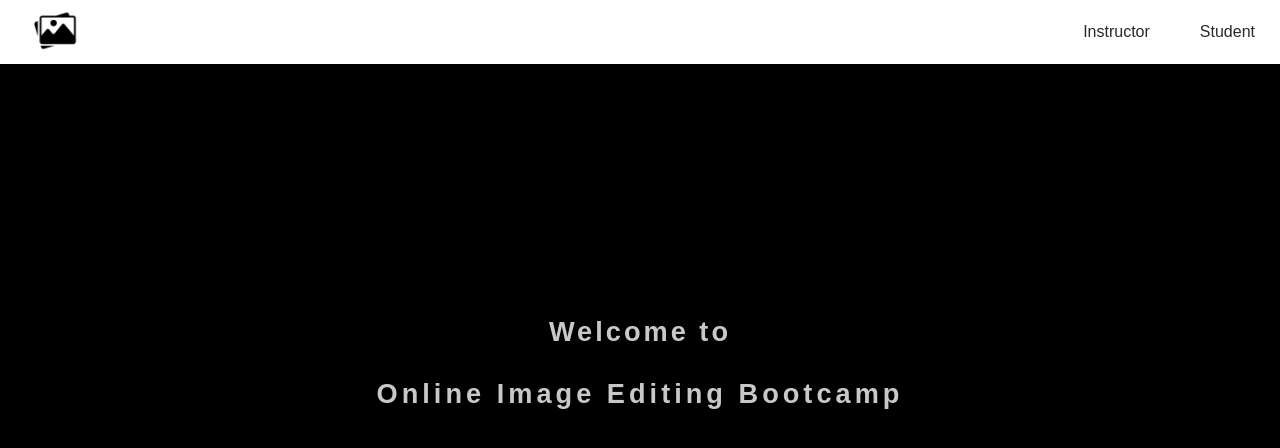
Repository: TanviSanyal/ImageEditingBootcamp
Page: /
An editor plug-in stored every save of this project. The page is shown before and after the next save, followed by the edit.
The browser window is 1280 px wide. The pictures show the whole page.
The project was rebuilt for these pictures with package versions that can differ from the ones it lists, and the page was loaded fresh each time. Also part of the build but not shown: src/shared/components/navigation/SideDrawer.css, src/shared/components/navigation/SideDrawer.js, src/shared/components/UIElements/Backdrop.css, src/shared/components/UIElements/Backdrop.js.

Above is the page before, as saved 2020-09-27 01:04:54.

After the next save:
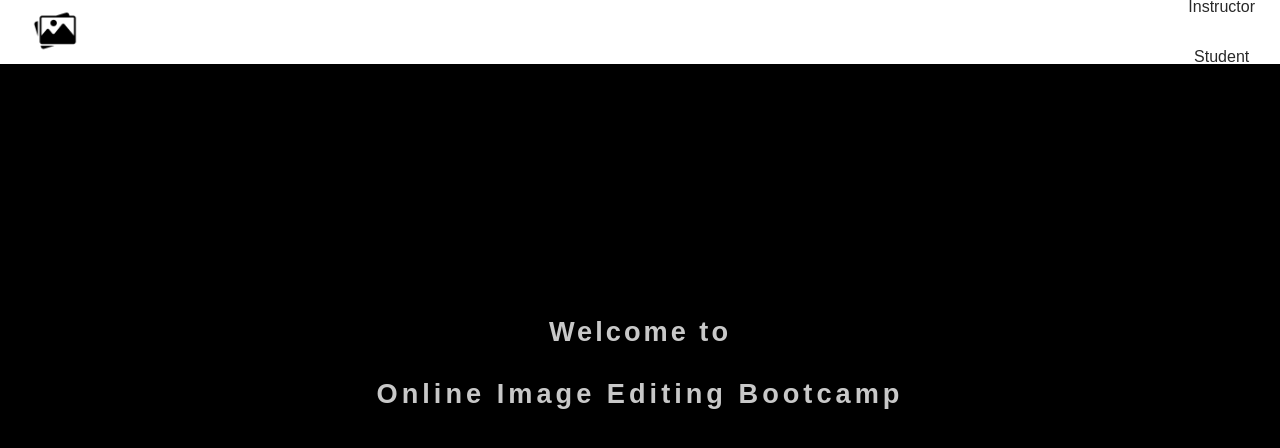
Saved 13 s later.
--- a/src/shared/components/navigation/NavLinks.css
+++ b/src/shared/components/navigation/NavLinks.css
@@ -48,9 +48,9 @@
   }
 
   /* @media (min-width: 768px) { */
-    .nav-links {
+    /* .nav-links {
       flex-direction: row;
-    }
+    } */
 
     /* .nav-links li {
       margin: 0 0.5rem;

After the save that followed:
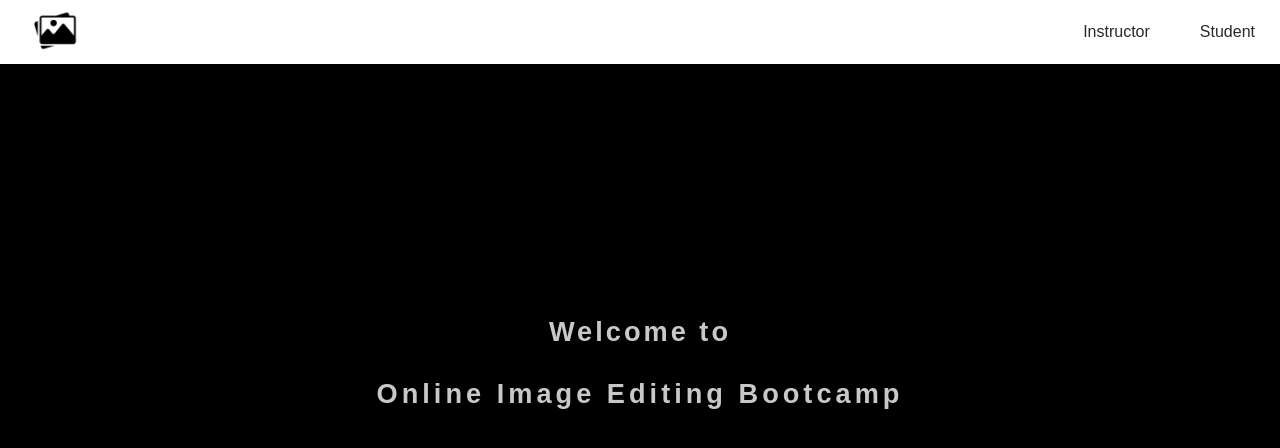
Saved 21 s later.
--- a/src/shared/components/navigation/NavLinks.css
+++ b/src/shared/components/navigation/NavLinks.css
@@ -5,7 +5,7 @@
     width: 100%;
     height: 100%;
     display: flex;
-    flex-direction: column;
+    flex-direction: row;
     justify-content: center;
     align-items: center;
   }
@@ -48,9 +48,9 @@
   }
 
   /* @media (min-width: 768px) { */
-    /* .nav-links {
+    .nav-links {
       flex-direction: row;
-    } */
+    }
 
     /* .nav-links li {
       margin: 0 0.5rem;
